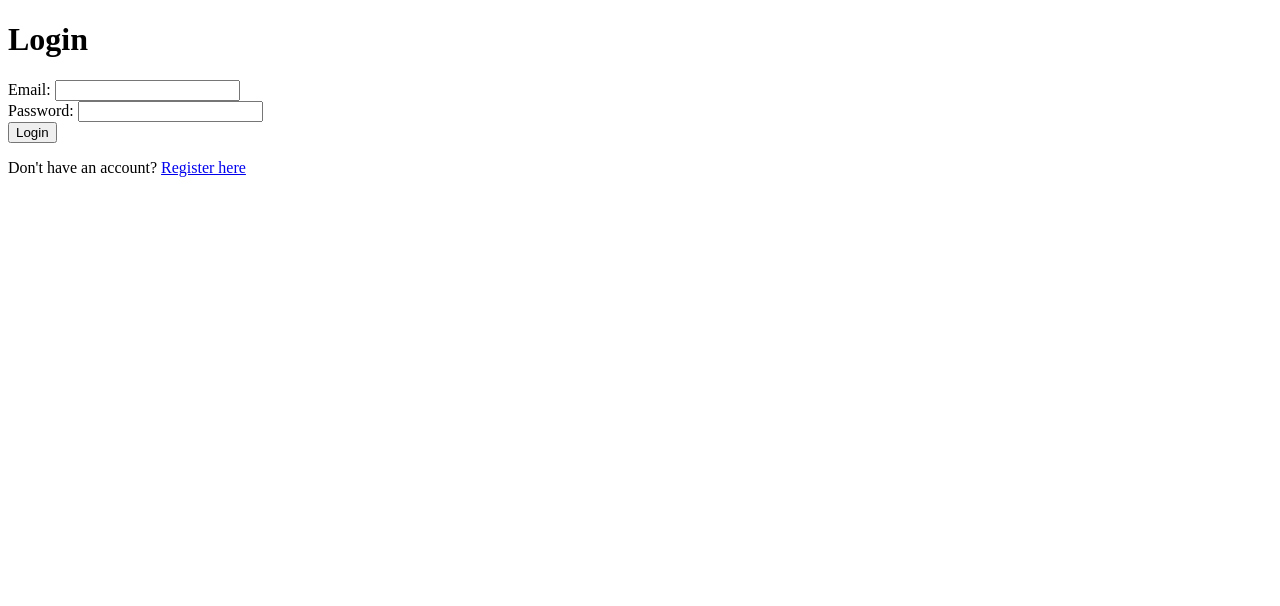
Repository: daffa-alif/team-kobar
Page: http://localhost/login
An editor plug-in stored every save of this project. The page is shown before and after the next save, followed by the edit.
The browser window is 1280 px wide. The pictures show the whole page.
Some web libraries are served in a nearby version. The page is served by the project's Laravel application, run on PHP 8.4 with Laravel 12. Other server files are loaded and not shown.

Above is the page before, as saved 2024-11-21 07:39:32.

### routes/web.php
<?php
use Illuminate\Support\Facades\Route;
use Illuminate\Http\Request;
use Illuminate\Support\Facades\Auth;
use Illuminate\Validation\ValidationException;
use App\Http\Controllers\AuthController;
use App\Http\Controllers\JournalController;
use App\Http\Controllers\ProfileController;

Route::get('/welcome', function () {
    return view('welcome'); // or whatever view you want to return
})->name('welcome');

// Root route: Redirects to login if not authenticated, otherwise goes to welcome
Route::get('/', function () {
    return Auth::check() ? redirect('/welcome') : redirect()->route('login');
});

// Show the login form
Route::get('/login', [AuthController::class, 'showLoginForm'])->name('login');

// Handle the login process
Route::post('/login', [AuthController::class, 'login']);

// Show the registration form
Route::get('/register', [AuthController::class, 'showRegistrationForm'])->name('register');

// Handle the registration process
Route::post('/register', [AuthController::class, 'register']);

// Handle the logout process
Route::post('/logout', [AuthController::class, 'logout'])->name('logout');

// Protected route for welcome page, requires authentication
Route::get('/welcome', function () {
    return view('profile.edit');
})->middleware('auth');

// Show the profile edit form
Route::get('/profile/edit', function () {
    return view('auth.edit'); // Ensure you have a view named 'auth.edit'
})->middleware('auth')->name('profile.edit');

// Handle the profile update process
Route::put('/profile/update', [AuthController::class, 'update'])->middleware('auth')->name('profile.update');

// Journal routes (protected by authentication)
Route::get('/journal/index', [JournalController::class, 'index'])->middleware('auth')->name('journal.index');
Route::get('/journal/create', [JournalController::class, 'create'])->middleware('auth')->name('journal.create');
// Route untuk halaman edit jurnal
Route::get('/journal/{id}/edit', [JournalController::class, 'edit'])->name('journal.edit');
Route::put('/journal/{id}', [JournalController::class, 'update'])->name('journal.update');
Route::post('/journal/store', [JournalController::class, 'store'])->middleware('auth')->name('journal.store');
Route::get('/journal/{id}', [JournalController::class, 'show'])->name('journal.show');
Route::delete('/journal/{id}', [JournalController::class, 'destroy'])->name('journal.destroy');

Route::middleware('auth')->group(function () {
    // Define the route for viewing the profile page
    Route::get('/profile', [ProfileController::class, 'welcome'])->name('profile.welcome');
});

### app/Http/Controllers/AuthController.php
<?php

namespace App\Http\Controllers;

use App\Models\User;
use Illuminate\Http\Request;
use Illuminate\Support\Facades\Auth;
use Illuminate\Support\Facades\Hash;
use Illuminate\Validation\ValidationException;

class AuthController extends Controller
{
    /**
     * Show the login form.
     */
    public function showLoginForm()
    {
        return view('auth.login'); // Return the login view
    }

    /**
     * Handle the login process.
     */
    public function login(Request $request)
    {
        // Validate input
        $request->validate([
            'email' => 'required|email',
            'password' => 'required',
        ]);

        // Attempt to log in with provided credentials
        if (Auth::attempt($request->only('email', 'password'))) {
            return redirect()->route('profile.welcome');  // Redirect to the profile welcome page
        }

        // If authentication fails, throw a validation error
        throw ValidationException::withMessages([
            'email' => ['The provided credentials are incorrect.'],
        ]);
    }

    /**
     * Show the registration form.
     */
    public function showRegistrationForm()
    {
        return view('auth.register'); // Return the registration view
    }

    /**
     * Handle the registration process.
     */
    public function register(Request $request)
    {
        // Validate registration input
        $request->validate([
            'name' => 'required|string|max:255',
            'email' => 'required|string|email|max:255|unique:users',
            'password' => 'required|string|min:8|confirmed',
        ]);

        // Prepare user data for creation
        $userData = $request->only('name', 'email');
        $userData['password'] = Hash::make($request->password);

        // Handle profile picture upload if available
        if ($request->hasFile('profile_picture')) {
            $userData['profile_picture'] = $request->file('profile_picture')->store('profile_pictures', 'public');
        }

        // Create the user
        User::create($userData);

        // Redirect to login page after registration
        return redirect()->route('login')->with('success', 'Account created successfully! Please log in.');
    }

    /**
     * Handle the logout process.
     */
    public function logout(Request $request)
    {
        Auth::logout(); // Log out the user
        return redirect()->route('login'); // Redirect to the home page after logout
    }

    /**
     * Handle profile update process.
     */
    public function update(Request $request)
    {
        // Validate input
        $request->validate([
            'name' => 'required|string|max:255',
            'email' => 'required|string|email|max:255',
            'profile_picture' => 'nullable|image|mimes:jpg,png,jpeg,gif,svg|max:2048',
            'description' => 'nullable|string|max:500',
        ]);

        $user = Auth::user(); // Get the currently authenticated user

        // Update user data
        $user->name = $request->name;
        $user->email = $request->email;

        // Handle profile picture upload if available
        if ($request->hasFile('profile_picture')) {
            // Delete old profile picture if it exists
            if ($user->profile_picture) {
                \Storage::delete('public/' . $user->profile_picture);
            }
            $user->profile_picture = $request->file('profile_picture')->store('profile_pictures', 'public');
        }

        // Update description if provided
        $user->description = $request->description;
        $user->save(); // Save changes

        // Redirect to profile welcome page after update
        return redirect()->route('profile.welcome')->with('success', 'Profile updated successfully.');
    }
}

### resources/views/Auth/login.blade.php
<!DOCTYPE html>
<html>
<head>
    <title>Login</title>
</head>
<body>
    <h1>Login</h1>
    <form action="{{ route('login') }}" method="POST">
        @csrf
        <div>
            <label>Email:</label>
            <input type="email" name="email" required>
        </div>
        <div>
            <label>Password:</label>
            <input type="password" name="password" required>
        </div>
        <button type="submit">Login</button>
    </form>
    <p>Don't have an account? <a href="{{ route('register') }}">Register here</a></p>
</body>
</html>

Loaded but not shown: app/Http/Controllers/Controller.php (common file)

After the next save:
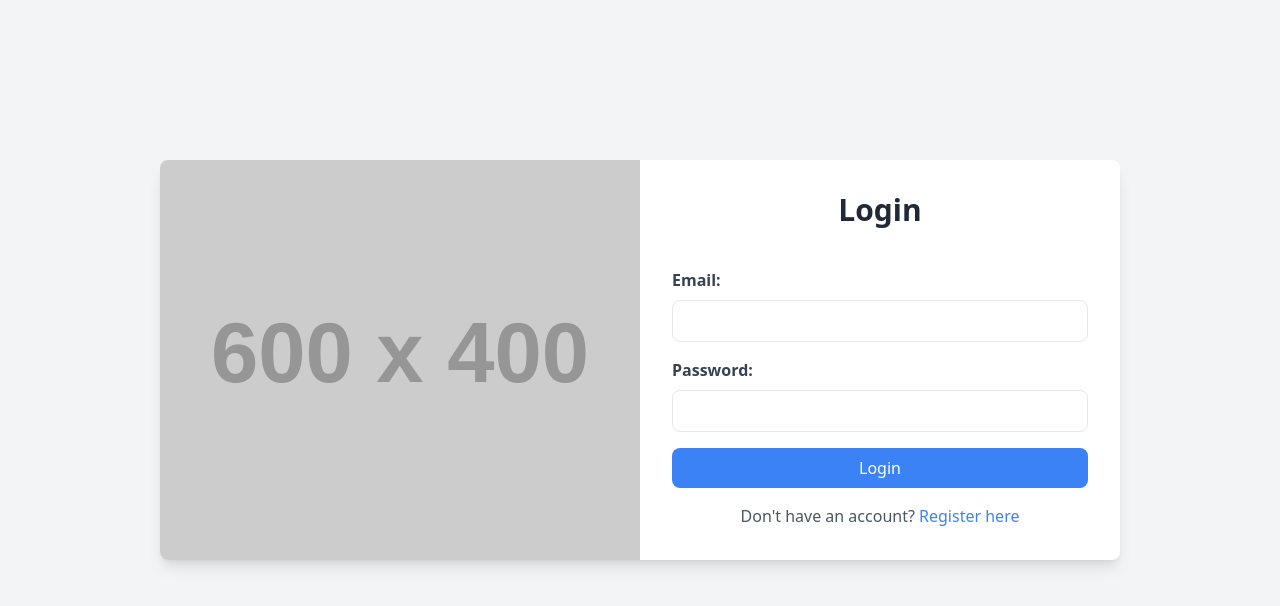
Saved 4 min 48 s later.
--- a/resources/views/Auth/login.blade.php
+++ b/resources/views/Auth/login.blade.php
@@ -1,22 +1,57 @@
 <!DOCTYPE html>
-<html>
+<html lang="en">
 <head>
+    <meta charset="UTF-8">
+    <meta name="viewport" content="width=device-width, initial-scale=1.0">
     <title>Login</title>
+    <!-- Tailwind CSS CDN -->
+    <script src="https://cdn.tailwindcss.com"></script>
 </head>
-<body>
-    <h1>Login</h1>
-    <form action="{{ route('login') }}" method="POST">
-        @csrf
-        <div>
-            <label>Email:</label>
-            <input type="email" name="email" required>
+<body class="bg-gray-100 h-screen flex items-center justify-center">
+    <div class="bg-white shadow-lg rounded-lg flex w-3/4 overflow-hidden">
+        <!-- Left Side with Image -->
+        <div class="w-1/2 hidden md:block">
+            <img
+                src="https://via.placeholder.com/600x400"
+                alt="Login Illustration"
+                class="h-full w-full object-cover"
+            >
         </div>
-        <div>
-            <label>Password:</label>
-            <input type="password" name="password" required>
+        <!-- Right Side with Login Form -->
+        <div class="w-full md:w-1/2 p-8 flex flex-col justify-center">
+            <h1 class="text-3xl font-bold text-gray-800 mb-6 text-center">Login</h1>
+            <form action="{{ route('login') }}" method="POST" class="space-y-4">
+                @csrf
+                <div>
+                    <label class="block text-gray-700 font-semibold mb-2">Email:</label>
+                    <input
+                        type="email"
+                        name="email"
+                        required
+                        class="w-full px-4 py-2 border rounded-lg focus:outline-none focus:ring-2 focus:ring-blue-400"
+                    >
+                </div>
+                <div>
+                    <label class="block text-gray-700 font-semibold mb-2">Password:</label>
+                    <input
+                        type="password"
+                        name="password"
+                        required
+                        class="w-full px-4 py-2 border rounded-lg focus:outline-none focus:ring-2 focus:ring-blue-400"
+                    >
+                </div>
+                <button
+                    type="submit"
+                    class="w-full bg-blue-500 text-white py-2 rounded-lg hover:bg-blue-600 transition"
+                >
+                    Login
+                </button>
+            </form>
+            <p class="mt-4 text-center text-gray-600">
+                Don't have an account?
+                <a href="{{ route('register') }}" class="text-blue-500 hover:underline">Register here</a>
+            </p>
         </div>
-        <button type="submit">Login</button>
-    </form>
-    <p>Don't have an account? <a href="{{ route('register') }}">Register here</a></p>
+    </div>
 </body>
 </html>
